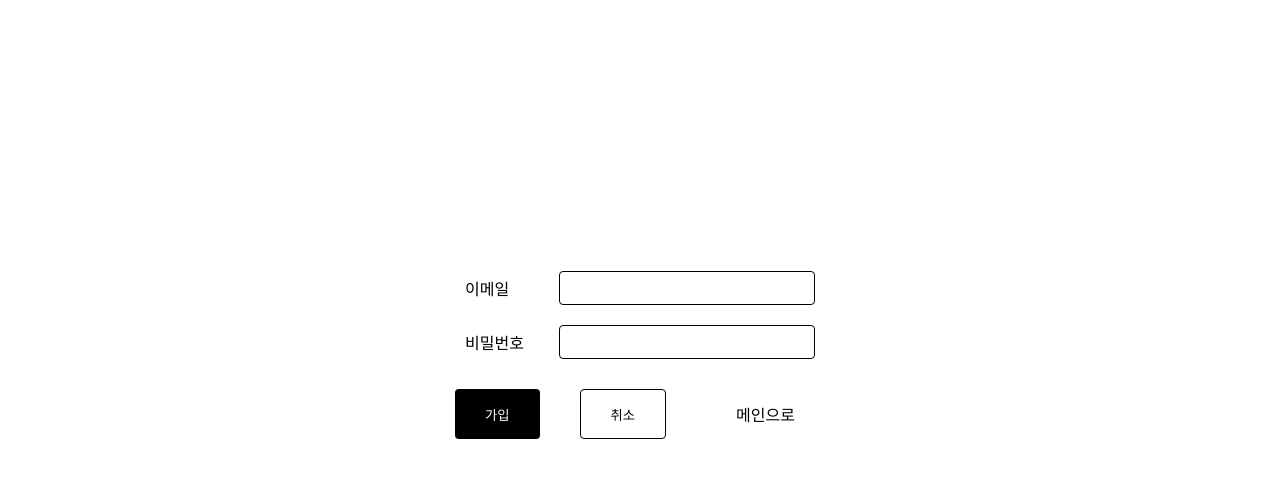
Repository: momo0170/react-shopping
Page: /register
An editor plug-in stored every save of this project. The page is shown before and after the next save, followed by the edit.
The browser window is 1280 px wide. The pictures show the whole page.
The page's requests for data from a server got no answer. Some web fonts or font styles are not loaded; a fallback is used. The project was rebuilt for these pictures with package versions that can differ from the ones it lists, and the page was loaded fresh each time. No one was signed in, and anything a server would have sent is missing. Also part of the build but not shown: src/App.css, src/css/Header.module.css, src/components/Header.jsx, src/App.js, src/router/Products.jsx, src/css/Login.module.css, src/router/Login.jsx.

Above is the page before, as saved 2023-02-24 19:05:36.

After the next save:
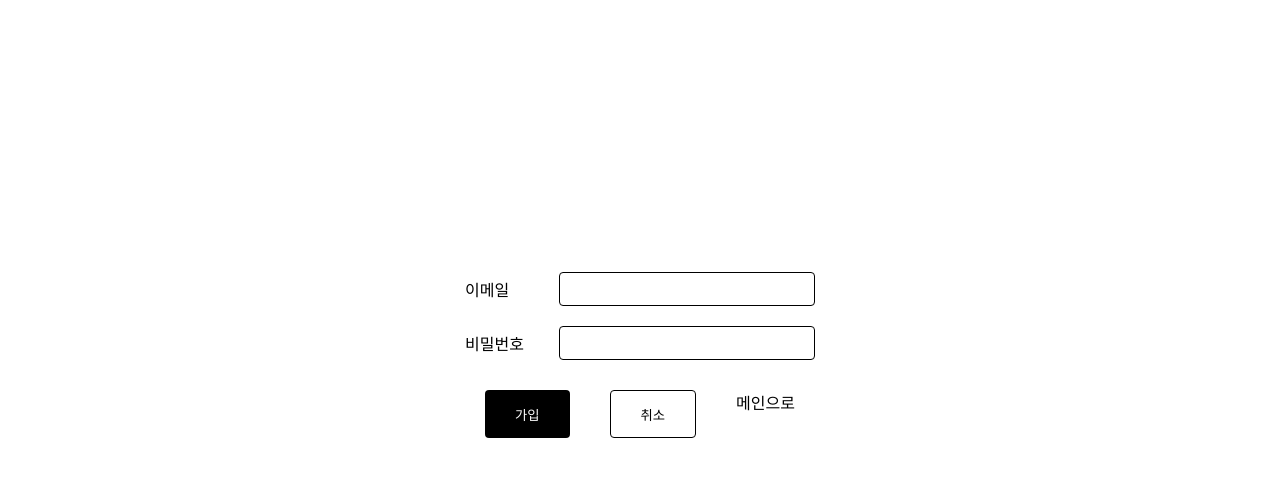
Saved 32 s later.
--- a/src/css/Register.module.css
+++ b/src/css/Register.module.css
@@ -47,6 +47,9 @@
   color: white;
   background-color: black;
 }
+.btns div {
+  padding: 0;
+}
 .homeBtn {
   padding: 0;
   margin: 0;
